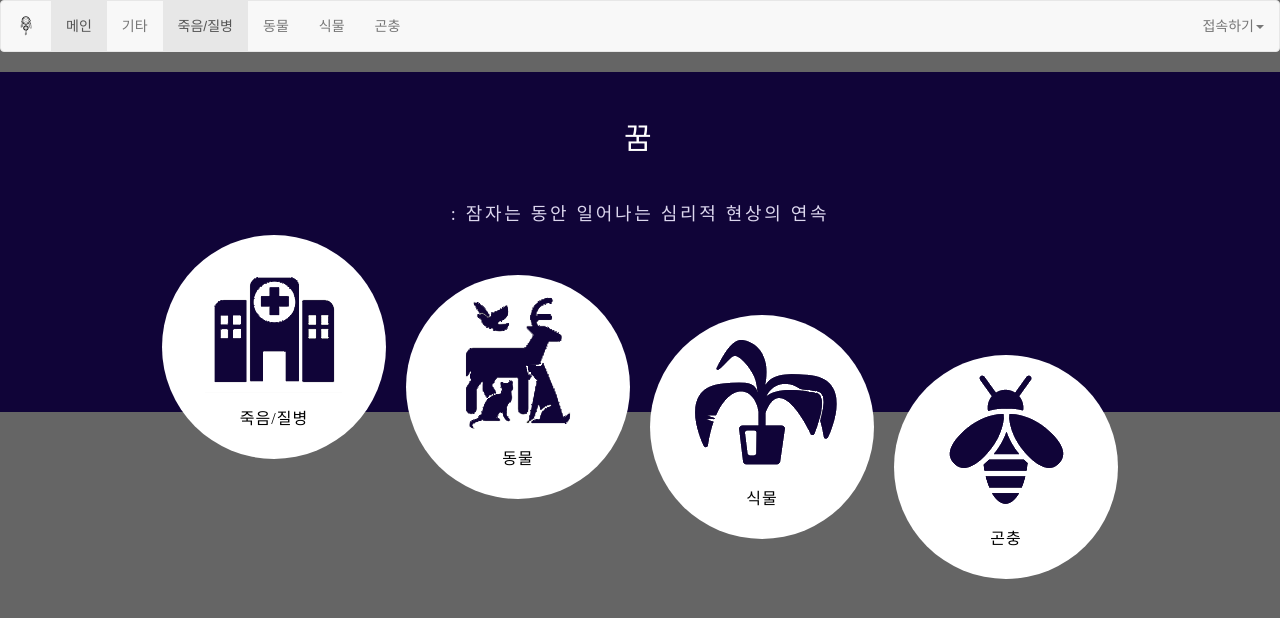
Repository: tjshee39/-1-2
Page: http://localhost/BBS/main.jsp
These files come from the project's save history. The page is drawn as it stood at one moment and after the next save; the edit follows.
The browser window is 1280 px wide. The pictures show the whole page.
Some web fonts or font styles are not loaded; a fallback is used. The page is served by Tomcat 9. Other server files are loaded and not shown.

Above is the page before, as saved 2020-06-27 09:12:20.

### project/BBS/WebContent/main.jsp
<%@ page language="java" contentType="text/html; charset=UTF-8"
    pageEncoding="UTF-8"%>
<%@ page import="java.io.PrintWriter" %>   <!-- 라이브러리 불러오기 -->
<!DOCTYPE html>
<html>
<head>
<meta charset="UTF-8">
<meta name="viewport" content="width=device-width", initial-scale="1">
<link rel="stylesheet" href="css/bootstrap.min.css">  <!-- bootstrap: 디자인 프레임워크(반응형) -->
<link rel="stylesheet" href="css/custom.css">
<link rel="stylesheet" href="css/main.css">
<link rel="stylesheet" href="css/main_normalize.css">
<title>JSP BBS</title>
<style type="text/css">
	a, a:hover {
		color: #000000;
		text-decoration: none;
	}
</style>
</head>
<body>
	<%   //로그인 된 사람들의 정보를 담을 수 있도록 만듦
		String userID = null;
		if (session.getAttribute("userID") != null) {  //현재 세션이 존재하는 사람이라면 ID값을 그대로 받아 관리할 수 있도록 만듦
			userID = (String) session.getAttribute("userID");
		}  //userID라는 변수에 해당ID가 담기고 그렇지 않은 사람들은 null
	%>
	<nav class="navbar navbar-default">
		<div class="navbar-header">
			<button type="button" class="navbar-toggle collapsed"
				data-toggle="collapse" data-target="#bs-example-navbar-collapse-1"
				aria-expanded="false">
				<span class="icon-bar"></span>  <!-- 메뉴 -->
				<span class="icon-bar"></span>
				<span class="icon-bar"></span>
			</button>
			<a class="navbar-brand" href="main.jsp"><img src="images/titleLogo.png" height="100%"></a>
		</div>
		<div class="collapse navbar-collapse" id="bs-example-navbar-collapse-1">
			<ul class="nav navbar-nav">
				<li class="active"><a href="main.jsp">메인</a></li>  <!-- active: 현재 접속한 페이지 -->
				<li><a href="bbs.jsp">기타</a></li>
				<li class="active"><a href="bbsLife.jsp">죽음/질병</a>
				<li><a href="bbsAnimal.jsp">동물</a>
				<li><a href="bbsPlant.jsp">식물</a>
				<li><a href="bbsInsect.jsp">곤충</a>
			</ul>
			<%  //로그인 되어있지 않은 경우만 나올 수 있음
				if (userID == null) {
			%>
			<ul class="nav navbar-nav navbar-right">
				<li class="dropdown">
					<a href="#" class="dropdown-toggle"
						data-toggle="dropdown" role="button" aria-haspopup="true"
						aria-expanded="false">접속하기<span class="caret"></span></a>
					<ul class="dropdown-menu">
						<li><a href="login.jsp">로그인</a></li>
						<li><a href="join.jsp">회원가입</a></li>
					</ul>
				</li>
			</ul>
			<%
				} else {   //로그인 되어있을 때
			%>
			<ul class="nav navbar-nav navbar-right">
				<li class="dropdown">
					<a href="#" class="dropdown-toggle"
						data-toggle="dropdown" role="button" aria-haspopup="true"
						aria-expanded="false">회원관리<span class="caret"></span></a>
					<ul class="dropdown-menu">
						<li><a href="logoutAction.jsp">로그아웃</a></li>
					</ul>
				</li>
			</ul>
			<%
				}
			%>
		</div>
	</nav>

	<div class="page-main" role="main">

    <div id="buttons2">
    <div id="dream">
        <h2 style="font-family: 'Nanum Myeongjo', serif; text-align: center;">꿈</h2>
        <h4 style="font-family: 'Nanum Myeongjo', serif; text_align: center; color: #dcd7ee;">
        : 잠자는 동안 일어나는 심리적 현상의 연속</h4>
    </div>
        <div class="inner clearfix" style="font-family: 'Nanum Myeongjo', serif">
            <button>
                <a href="bbsLife.jsp">
                <span>
                    <img src="img/1_gr.png">
                    <img src="img/1_bl.png"><br>
                                   죽음/질병
                </span>
                </a>
            </button>
            <button>
                <a href="bbsAnimal.jsp">
                <span>
                    <img src="img/2_gr.png">
                    <img src="img/2_bl.png"><br>
                                   동물
                </span>
                </a>
            </button>
            <button>
                <span>
                <a href="bbsPlant.jsp">
                    <img src="img/3_gr.png">
                    <img src="img/3_bl.png"><br>
                                   식물
                </a>
                </span>
            </button>
            <button>
                <span>
                <a href="bbsInsect.jsp">
                    <img src="img/4_gr.png">
                    <img src="img/4_bl.png"><br>
                                   곤충
                </a>
                </span>
            </button>
        </div>
    </div>

	</div>

	<%--  텍스트박스
	<div class="container">
		<div class="jumbotron">
			<div class="container">
				<h1>Web Site</h1>
				<p>내용</p>
				<p><a class="btn btn-primary btn-pull" href="#" role="button">버튼</a></p>
			</div>
		</div>
	</div>

	  사진 슬라이드
	<div class="container">
		<div id="myCarousel" class="carousel-slide" data-ride="carousel">
			<ol class="carousel-indicators">
				<li data-target="#myCarousel" data-slide-to="0" class="active"></li>
				<li data-target="#myCarousel" data-slide-to="1"></li>  <!-- id 같아야 함 -->
			</ol>
			<div class="carousel-inner">
				<div class="carousel-item active">
					<img class="d-block w-100" src="images/1.jpg" alt="First Slide">
				</div>
				<div class="carousel-item">
					<img class="d-block w-100" src="images/3.jpg" alt="First Slide">
				</div>
			<a class="carousel-control-prev" href="#myCarousel" role="button" data-slide="prev">
			     <span class="carousel-control-prev-icon" aria-hidden="true"></span>
			     <span class="sr-only">Previous</span>
		    </a>
			<a class="carousel-control-next" href="#myCarousel" role="button" data-slide="next">
			     <span class="carousel-control-next-icon" aria-hidden="true"></span>
			     <span class="sr-only">Next</span>
		    </a>
		    </div>
		</div>
	</div>
	--%>
	<script src="https://ajax.googleapis.com/ajax/libs/jquery/1.12.4/jquery.min.js"></script>
	<script src="js/bootstrap.js"></script>
	<script src="js/main.js"></script>
	<script src="js/main_vendor/jquery-1.10.2.min.js"></script>
	<script src="js/main_vendor/jquery-ui-1.10.3.custom.min.js"></script>
</body>
</html>

### project/BBS/WebContent/css/custom.css
@import url('https://fonts.googleapis.com/css2?family=Nanum+Gothic&display=swap');  <!-- 구글 제공 폰트 -->
@import url('https://fonts.googleapis.com/css2?family=Nanum+Gothic&family=Open+Sans&family=Ubuntu&display=swap');
@import url('https://fonts.googleapis.com/css2?family=Source+Serif+Pro:wght@600&display=swap');

### project/BBS/WebContent/css/main.css
/*
 * Base
 */
@import url('https://fonts.googleapis.com/css2?family=Nanum+Myeongjo&display=swap');

html {
    font-family: "Helvetica Neue", "Arial", "Hiragino Kaku Gothic ProN", "Meiryo", sans-serif, 'Nanum Myeongjo', serif;
    font-size: 16px;
    line-height: 1.5;
}

body {
    background-color: #656565;
}

img {
    vertical-align: middle;
}

button {
    outline: none;
}

#dream{
	display: inline;
	text-align: center;
}

#dreamh2 {
	text-shadow: 4px 4px 6px skyblue, 0 0 1em skyblue, 0 0 0.2em white;
}

#dreamh4 {
	text-shadow: 4px 2px 2px skyblue;
}

::-moz-selection {
    background: #b3d4fc;
    text-shadow: none;
}

::selection {
    background: #b3d4fc;
    text-shadow: none;
}

.page-header {
    background-color: #fff;
}

.page-main {
    position: relative;
}

.page-main > div {
    padding: 50px 0 100px;
}

.page-main > div h2 {
    color: #fff;
    text-align: center;
    margin: 0 0 50px;
    letter-spacing: 0.15em;
}

.page-main > div h4 {
    color: #dcd7ee;
    text-align: center;
    margin: 0 0 50px;
    letter-spacing: 0.15em;
}

#buttons2 {
    background-color: #100438;
    height: 340px;
}

#buttons2 .inner {
    position: relative;
    width: 976px;
    margin: 0 auto;
}

#buttons2 button {
    display: block;
    position: absolute;
    width: 224px;
    height: 224px;
    overflow: hidden;
    padding: 0 0 35px;
    font-size: 16px;
    letter-spacing: 1px;
    color: #100438;
    background-color: #fff;
    border: none;
    border-radius: 112px;
}
#buttons2 button:nth-child(1) {
    left: 10px;
}
#buttons2 button:nth-child(2) {
    left: 254px;
}
#buttons2 button:nth-child(3) {
    left: 498px;
}
#buttons2 button:nth-child(4) {
    left: 742px;
}

.page-footer {
    background-color: #656565;
}

.page-footer small {
    display: block;
    color: #fff;
    font-size: 11px;
    text-align: right;
    width: 976px;
    margin: 0 auto;
    height: 120px;
    line-height: 120px;
    letter-spacing: 0.15em;
}

.page-footer a {
    color: #fff;
    text-decoration: none;
}

/*
 * Helpers
 */

/* Clearfix */
.clearfix:before,
.clearfix:after {
    content: " ";
    display: table;
}
.clearfix:after {
    clear: both;
}

/* #button2 */
#buttons2 button img:first-child {
    position: absolute;
}
#buttons2 button img:nth-child(2) {
    opacity: 0;
}

### project/BBS/WebContent/css/main_normalize.css
/*! normalize.css v2.1.2 | MIT License | git.io/normalize */

/* ==========================================================================
   HTML5 display definitions
   ========================================================================== */

/**
 * Correct `block` display not defined in IE 8/9.
 */

article,
aside,
details,
figcaption,
figure,
footer,
header,
hgroup,
main,
nav,
section,
summary {
    display: block;
}

/**
 * Correct `inline-block` display not defined in IE 8/9.
 */

audio,
canvas,
video {
    display: inline-block;
}

/**
 * Prevent modern browsers from displaying `audio` without controls.
 * Remove excess height in iOS 5 devices.
 */

audio:not([controls]) {
    display: none;
    height: 0;
}

/**
 * Address `[hidden]` styling not present in IE 8/9.
 * Hide the `template` element in IE, Safari, and Firefox < 22.
 */

[hidden],
template {
    display: none;
}

/* ==========================================================================
   Base
   ========================================================================== */

/**
 * 1. Set default font family to sans-serif.
 * 2. Prevent iOS text size adjust after orientation change, without disabling
 *    user zoom.
 */

html {
    font-family: sans-serif; /* 1 */
    -ms-text-size-adjust: 100%; /* 2 */
    -webkit-text-size-adjust: 100%; /* 2 */
}

/**
 * Remove default margin.
 */

body {
    margin: 0;
}

/* ==========================================================================
   Links
   ========================================================================== */

/**
 * Remove the gray background color from active links in IE 10.
 */

a {
    background: transparent;
}

/**
 * Address `outline` inconsistency between Chrome and other browsers.
 */

a:focus {
    outline: thin dotted;
}

/**
 * Improve readability when focused and also mouse hovered in all browsers.
 */

a:active,
a:hover {
    outline: 0;
}

/* ==========================================================================
   Typography
   ========================================================================== */

/**
 * Address variable `h1` font-size and margin within `section` and `article`
 * contexts in Firefox 4+, Safari 5, and Chrome.
 */

h1 {
    font-size: 2em;
    margin: 0.67em 0;
}

/**
 * Address styling not present in IE 8/9, Safari 5, and Chrome.
 */

abbr[title] {
    border-bottom: 1px dotted;
}

/**
 * Address style set to `bolder` in Firefox 4+, Safari 5, and Chrome.
 */

b,
strong {
    font-weight: bold;
}

/**
 * Address styling not present in Safari 5 and Chrome.
 */

dfn {
    font-style: italic;
}

/**
 * Address differences between Firefox and other browsers.
 */

hr {
    -moz-box-sizing: content-box;
    box-sizing: content-box;
    height: 0;
}

/**
 * Address styling not present in IE 8/9.
 */

mark {
    background: #ff0;
    color: #000;
}

/**
 * Correct font family set oddly in Safari 5 and Chrome.
 */

code,
kbd,
pre,
samp {
    font-family: monospace, serif;
    font-size: 1em;
}

/**
 * Improve readability of pre-formatted text in all browsers.
 */

pre {
    white-space: pre-wrap;
}

/**
 * Set consistent quote types.
 */

q {
    quotes: "\201C" "\201D" "\2018" "\2019";
}

/**
 * Address inconsistent and variable font size in all browsers.
 */

small {
    font-size: 80%;
}

/**
 * Prevent `sub` and `sup` affecting `line-height` in all browsers.
 */

sub,
sup {
    font-size: 75%;
    line-height: 0;
    position: relative;
    vertical-align: baseline;
}

sup {
    top: -0.5em;
}

sub {
    bottom: -0.25em;
}

/* ==========================================================================
   Embedded content
   ========================================================================== */

/**
 * Remove border when inside `a` element in IE 8/9.
 */

img {
    border: 0;
}

/**
 * Correct overflow displayed oddly in IE 9.
 */

svg:not(:root) {
    overflow: hidden;
}

/* ==========================================================================
   Figures
   ========================================================================== */

/**
 * Address margin not present in IE 8/9 and Safari 5.
 */

figure {
    margin: 0;
}

/* ==========================================================================
   Forms
   ========================================================================== */

/**
 * Define consistent border, margin, and padding.
 */

fieldset {
    border: 1px solid #c0c0c0;
    margin: 0 2px;
    padding: 0.35em 0.625em 0.75em;
}

/**
 * 1. Correct `color` not being inherited in IE 8/9.
 * 2. Remove padding so people aren't caught out if they zero out fieldsets.
 */

legend {
    border: 0; /* 1 */
    padding: 0; /* 2 */
}

/**
 * 1. Correct font family not being inherited in all browsers.
 * 2. Correct font size not being inherited in all browsers.
 * 3. Address margins set differently in Firefox 4+, Safari 5, and Chrome.
 */

button,
input,
select,
textarea {
    font-family: inherit; /* 1 */
    font-size: 100%; /* 2 */
    margin: 0; /* 3 */
}

/**
 * Address Firefox 4+ setting `line-height` on `input` using `!important` in
 * the UA stylesheet.
 */

button,
input {
    line-height: normal;
}

/**
 * Address inconsistent `text-transform` inheritance for `button` and `select`.
 * All other form control elements do not inherit `text-transform` values.
 * Correct `button` style inheritance in Chrome, Safari 5+, and IE 8+.
 * Correct `select` style inheritance in Firefox 4+ and Opera.
 */

button,
select {
    text-transform: none;
}

/**
 * 1. Avoid the WebKit bug in Android 4.0.* where (2) destroys native `audio`
 *    and `video` controls.
 * 2. Correct inability to style clickable `input` types in iOS.
 * 3. Improve usability and consistency of cursor style between image-type
 *    `input` and others.
 */

button,
html input[type="button"], /* 1 */
input[type="reset"],
input[type="submit"] {
    -webkit-appearance: button; /* 2 */
    cursor: pointer; /* 3 */
}

/**
 * Re-set default cursor for disabled elements.
 */

button[disabled],
html input[disabled] {
    cursor: default;
}

/**
 * 1. Address box sizing set to `content-box` in IE 8/9.
 * 2. Remove excess padding in IE 8/9.
 */

input[type="checkbox"],
input[type="radio"] {
    box-sizing: border-box; /* 1 */
    padding: 0; /* 2 */
}

/**
 * 1. Address `appearance` set to `searchfield` in Safari 5 and Chrome.
 * 2. Address `box-sizing` set to `border-box` in Safari 5 and Chrome
 *    (include `-moz` to future-proof).
 */

input[type="search"] {
    -webkit-appearance: textfield; /* 1 */
    -moz-box-sizing: content-box;
    -webkit-box-sizing: content-box; /* 2 */
    box-sizing: content-box;
}

/**
 * Remove inner padding and search cancel button in Safari 5 and Chrome
 * on OS X.
 */

input[type="search"]::-webkit-search-cancel-button,
input[type="search"]::-webkit-search-decoration {
    -webkit-appearance: none;
}

/**
 * Remove inner padding and border in Firefox 4+.
 */

button::-moz-focus-inner,
input::-moz-focus-inner {
    border: 0;
    padding: 0;
}

/**
 * 1. Remove default vertical scrollbar in IE 8/9.
 * 2. Improve readability and alignment in all browsers.
 */

textarea {
    overflow: auto; /* 1 */
    vertical-align: top; /* 2 */
}

/* ==========================================================================
   Tables
   ========================================================================== */

/**
 * Remove most spacing between table cells.
 */

table {
    border-collapse: collapse;
    border-spacing: 0;
}

### project/BBS/WebContent/js/main.js
$(function(){
    //
    var duration = 300;

    // buttons2 ----------------------------------------
    $('#buttons2 button').each(function(index){
        //var pos = Math.random() * 80 - 40;
        var pos = index * 40 - 40;
        $(this).css('top', pos);
    })
    .on('mouseover', function(){
        var $btn = $(this).stop(true).animate({
            backgroundColor: '#faee00',
            color: '#000'
        }, duration);
        $btn.find('img:first-child').stop(true).animate({opacity: 0}, duration);
        $btn.find('img:nth-child(2)').stop(true).animate({opacity: 1}, duration);
    })
    .on('mouseout', function(){
        var $btn = $(this).stop(true).animate({
            backgroundColor: '#fff',
            color: '#100438',
        }, duration);
        $btn.find('img:first-child').stop(true).animate({opacity: 1}, duration);
        $btn.find('img:nth-child(2)').stop(true).animate({opacity: 0}, duration);
    });


});

Loaded but not shown: project/BBS/WebContent/css/bootstrap.min.css (library); project/BBS/WebContent/js/bootstrap.js (library); project/BBS/WebContent/js/main_vendor/jquery-1.10.2.min.js (library); project/BBS/WebContent/js/main_vendor/jquery-ui-1.10.3.custom.min.js (library)

After the next save:
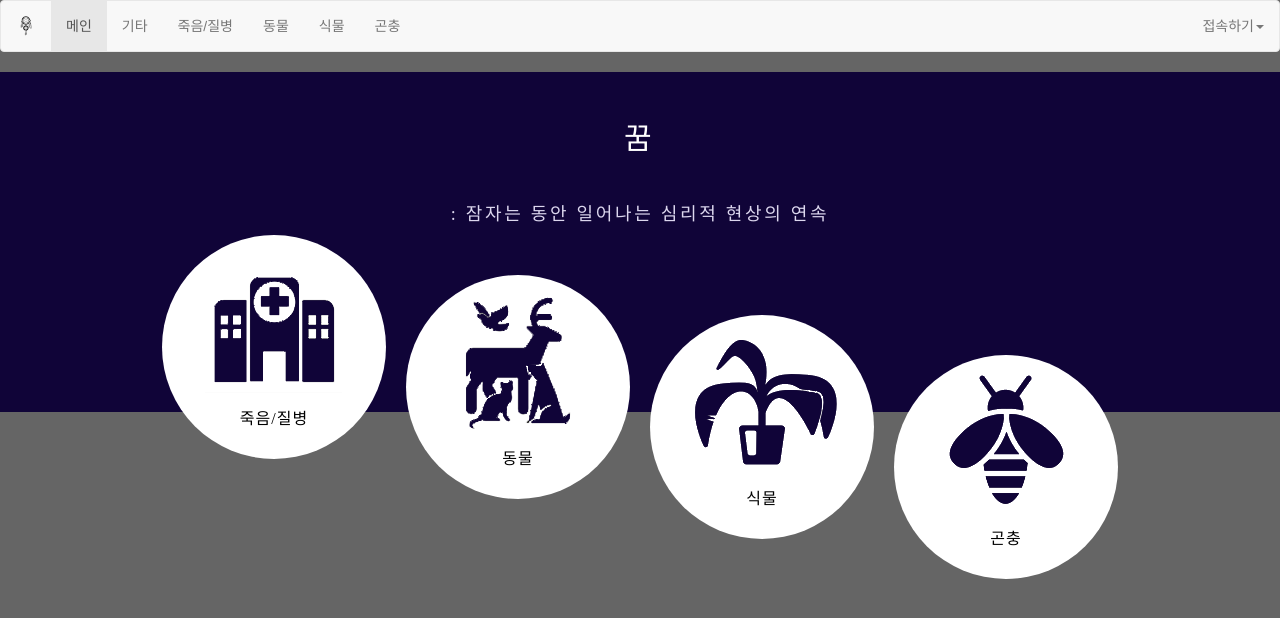
Saved 15 s later.
--- a/project/BBS/WebContent/main.jsp
+++ b/project/BBS/WebContent/main.jsp
@@ -40,7 +40,7 @@
 			<ul class="nav navbar-nav">
 				<li class="active"><a href="main.jsp">메인</a></li>  <!-- active: 현재 접속한 페이지 -->
 				<li><a href="bbs.jsp">기타</a></li>
-				<li class="active"><a href="bbsLife.jsp">죽음/질병</a>
+				<li><a href="bbsLife.jsp">죽음/질병</a>
 				<li><a href="bbsAnimal.jsp">동물</a>
 				<li><a href="bbsPlant.jsp">식물</a>
 				<li><a href="bbsInsect.jsp">곤충</a>
